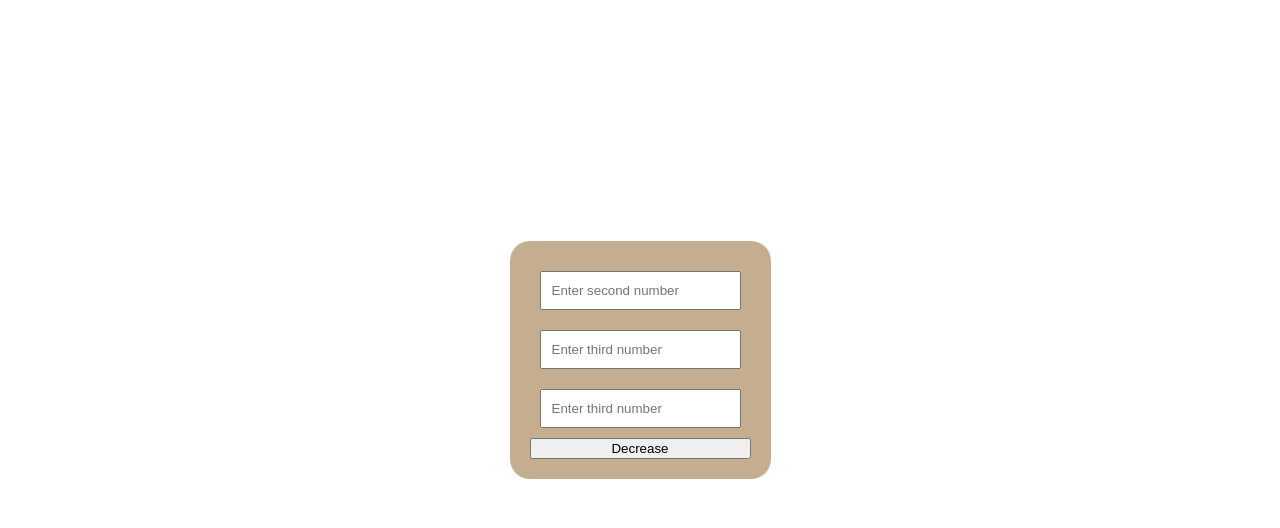
Repository: purnimapatel/SI-calculator
Page: /
The author's editor kept a copy of each file at every save. The page is drawn from the files as they stood at one save, then again after the next save.
The browser window is 1280 px wide. The pictures show the whole page.
The project was rebuilt for these pictures with package versions that can differ from the ones it lists, and the page was loaded fresh each time.

Above is the page before, as saved 2024-08-26 11:27:30.

### src/App.jsx
import logo from './logo.svg';
import './App.css';
import { useState } from 'react';

function App() {
  const[rate, setRate]=(useState(''));
  const[principle, setPrinciple]=(useState());
  const[time, setTime]=(useState(''));
  const[res, setRes]=(useState(''));
  return(

    <div className="container">
    <div className="container1">
    <div>
    {res}
    </div>


    <input
        type="number"
        id = "field"
        value={rate}
        onChange={(e) => setRate(Number(e.target.value))}
        placeholder="Enter second number"
      />
      <input
        type="number"
        id="field"
        value={principle}
        onChange={(e) => setPrinciple(Number(e.target.value))}
        placeholder="Enter third number"
      />
      <input
        type="number"
        id = "field"
        value={time}
        onChange={(e) => setTime(Number(e.target.value))}
        placeholder="Enter third number"
      />
    <button className='btn2' onClick={result}>Decrease</button>
    </div>
    </div>

  )
  function result(){

    setRate('');
    setPrinciple('');
    setTime('');
    setRes((rate*principle*time)/100)

}




}


export default App;

### src/App.css
.App {
  text-align: center;

}
.container{
  display: flex;
  justify-content: center;
  align-items:center;
  height:100vh;

}
.container1{

  background-color:rgb(197, 174, 144);
  display:flex;

  flex-direction: column;
  height: auto;
  width:auto;
  padding:20px;
  border-radius: 20px;

}
input[type=number]::-webkit-outer-spin-button,
input[type=number]::-webkit-inner-spin-button {
    -webkit-appearance: none;
    margin: 0;
}

/* Remove the spinner in Firefox */
input[type=number] {
    -moz-appearance: textfield;
}
#field{
  margin:10px;
  padding:10px;
}

Loaded but not shown: public/index.html (common file); src/index.js (common file); src/index.css (common file); src/reportWebVitals.js (common file)

After the next save:
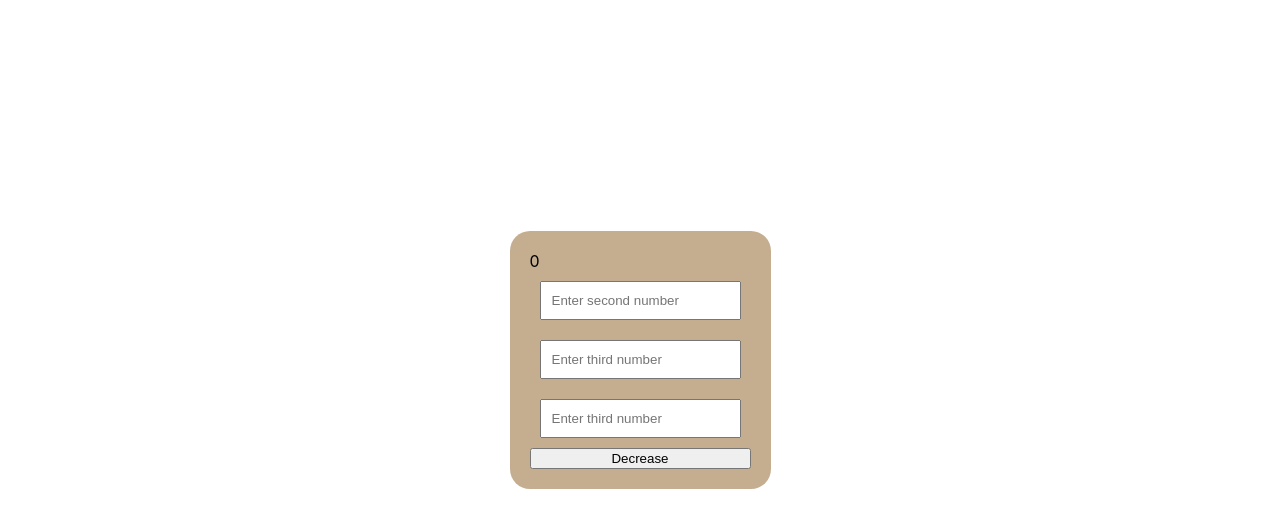
Saved 27 s later.
--- a/src/App.jsx
+++ b/src/App.jsx
@@ -6,7 +6,7 @@ function App() {
   const[rate, setRate]=(useState(''));
   const[principle, setPrinciple]=(useState());
   const[time, setTime]=(useState(''));
-  const[res, setRes]=(useState(''));
+  const[res, setRes]=(useState(0));
   return(
 
     <div className="container">
